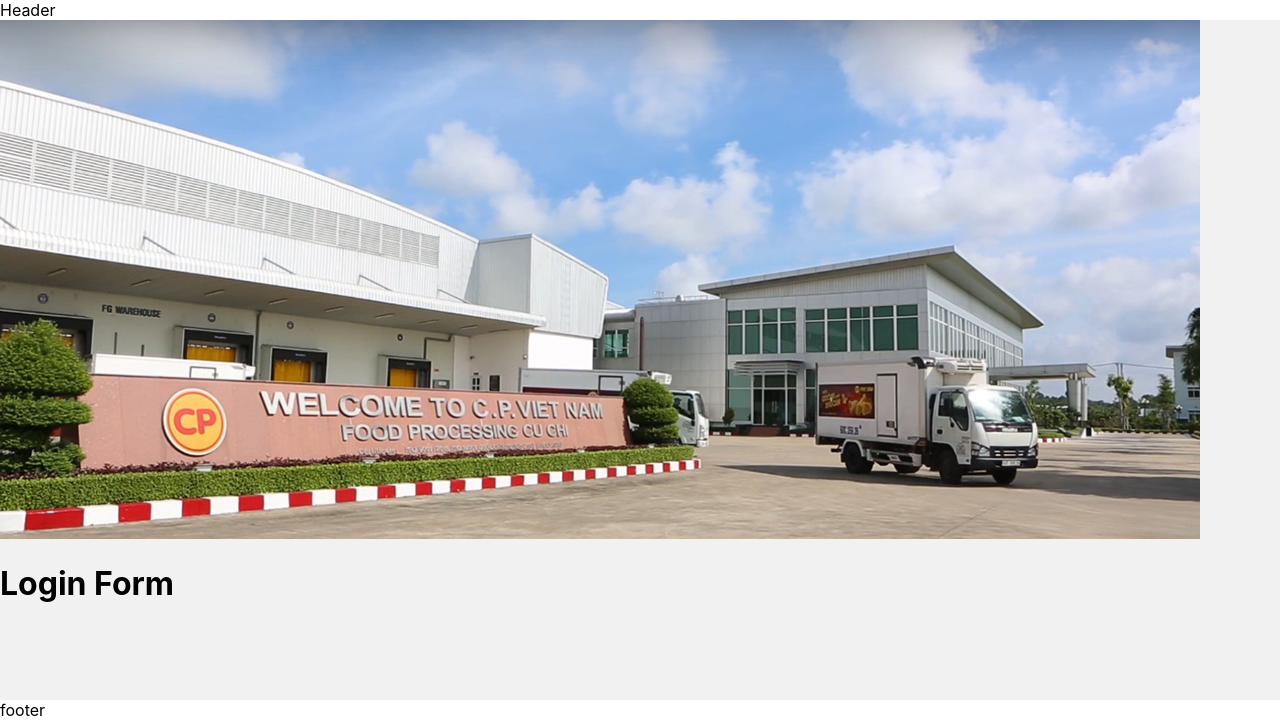
Repository: AxonsRDVN/monitor-environment
Page: /login (app in frontend/)
An editor plug-in stored every save of this project. The page is shown before and after the next save, followed by the edit.
The browser window is 1280 px wide. The pictures show the whole page.
The project was rebuilt for these pictures with package versions that can differ from the ones it lists, and the page was loaded fresh each time. Also part of the build but not shown: frontend/src/App.css.

Above is the page before, as saved 2025-04-22 19:18:33.

### frontend/public/index.html
<!DOCTYPE html>
<html lang="en">
  <head>
    <meta charset="utf-8" />
    <link rel="icon" href="%PUBLIC_URL%/logo.ico" />
    <meta name="viewport" content="width=device-width, initial-scale=1" />
    <meta name="theme-color" content="#000000" />
    <meta
      name="description"
      content="Web site created using create-react-app"
    />
    <link rel="apple-touch-icon" href="%PUBLIC_URL%/logo192.png" />
    <!--
      manifest.json provides metadata used when your web app is installed on a
      user's mobile device or desktop. See https://developers.google.com/web/fundamentals/web-app-manifest/
    -->
    <link rel="manifest" href="%PUBLIC_URL%/manifest.json" />
    <!--
      Notice the use of %PUBLIC_URL% in the tags above.
      It will be replaced with the URL of the `public` folder during the build.
      Only files inside the `public` folder can be referenced from the HTML.

      Unlike "/favicon.ico" or "favicon.ico", "%PUBLIC_URL%/favicon.ico" will
      work correctly both with client-side routing and a non-root public URL.
      Learn how to configure a non-root public URL by running `npm run build`.
    -->
    <title>Axons - MEI</title>
  </head>
  <body>
    <noscript>You need to enable JavaScript to run this app.</noscript>
    <div id="root"></div>
    <!--
      This HTML file is a template.
      If you open it directly in the browser, you will see an empty page.

      You can add webfonts, meta tags, or analytics to this file.
      The build step will place the bundled scripts into the <body> tag.

      To begin the development, run `npm start` or `yarn start`.
      To create a production bundle, use `npm run build` or `yarn build`.
    -->
  </body>
</html>

### frontend/src/App.jsx
import "./App.css";
import { BrowserRouter, Routes, Route } from "react-router-dom";
import { ROUTE_PATH } from "./config/router.config";
import { Login } from "./page";

function App() {
  return (
    <BrowserRouter>
      <Routes>
        <Route path={ROUTE_PATH.LOGIN} element={<Login />} />
      </Routes>
    </BrowserRouter>
  );
}

export default App;

### frontend/src/config/router.config.js
export const ROUTE_PATH = {
  HOME: "/home",
  SETTING_WARNING_THRESHOLD: "/settings/warning-threshold",
  SETTING_CLEANING_DAY: "/settings/cleaning-day",
  MONITORING_STATION: "/monitoring-station",
  DEVICE_MANAGEMENT: "/device-management",
  MAINTENANCE_APPROVAL: "/maintenance-approval",
  REPORT_DEVICE_STATUS: "/report/device-status",
  REPORT_WARNING_INDICATOR: "/report/warning-indicator",
  USER_MANAGEMENT: "/user-management",
  LOGIN: "/login",
  NOT_FOUND: "*",
};

### frontend/src/page/index.js
export { default as Login } from "./LoginPage/LoginPage.jsx";

### frontend/src/page/LoginPage/LoginPage.jsx
import { createTheme, ThemeProvider } from "@mui/material/styles";
import { Box } from "@mui/material";
import { Header, LoginForm, Footer } from "../../components";
import loginBackgroundImg from "../../assets/CPBackGround.jpg";

const Login = () => {
  return (
    <ThemeProvider theme={createTheme()}>
      <Box
        sx={{
          display: "flex",
          flexDirection: "column",
          height: "100vh",
          overflow: "hidden",
        }}
      >
        <Header isAuthen={false} />
        <Box sx={{ display: "flex", flexDirection: "row", flexGrow: 1 }}>
          <Box
            component="main"
            sx={{ backgroundColor: "#f1f1f1", flexGrow: 1 }}
          >
            <img
              className="login-background-image"
              src={loginBackgroundImg}
              alt="Background_Image"
            />
            <LoginForm />
          </Box>
        </Box>
        <Footer />
      </Box>
    </ThemeProvider>
  );
};

export default Login;

### frontend/src/components/index.js
export { default as LoginForm } from "./LoginForm/LoginForm.jsx";
export { default as Footer } from "./Footer/Footer.jsx";
export { default as Header } from "./Header/Header.jsx";

### frontend/src/components/LoginForm/LoginForm.jsx
// import Modal from "react-bootstrap/Modal";
// import TextField from "@mui/material/TextField";
// import Checkbox from "@mui/material/Checkbox";
// import Button from "@mui/material/Button";
// import ReactCountryFlag from "react-country-flag";
// import i18n from "i18next";
// import { useTranslation } from "react-i18next";
// import { useState } from "react";
// import { useNavigate } from "react-router-dom";
// import { ROUTE_PATH } from "../../config/router.config.js";
// import {
//   FormControl,
//   IconButton,
//   InputAdornment,
//   InputLabel,
//   OutlinedInput,
// } from "@mui/material";
// import { Visibility, VisibilityOff } from "@mui/icons-material";
// import { LANGUAGE_TYPE } from "../../i18n/type";
// import logo from "../../assets/CPBackGround.jpg";
// import { toast } from "react-toastify";
// import { initToast } from "../../utils/helper";
// import { ToastId } from "../../config/app.config";
// import "./LoginForm.css";
// // import API from "../../api/api.js";

// const LoginForm = () => {
//   // const [email, setEmail] = useState("");
//   const [username, setUsername] = useState("");
//   const [password, setPassword] = useState("");
//   const [showPassword, setShowPassword] = useState(false);
//   const [showWarningEmail, setShowWarningEmail] = useState(false);
//   const [showWarningPassword, setShowWarningPassword] = useState(false);
//   const [fullscreen, setFullSreen] = useState(
//     window.innerWidth > 600 ? undefined : true
//   );
//   const navigate = useNavigate();

//   const handleClickShowPassword = () => setShowPassword((show) => !show);

//   const handleMouseDownPassword = (event) => {
//     event.preventDefault();
//   };

//   const { t } = useTranslation("translation");

//   const handlePressEnter = (event) => {
//     if (event.code === "Enter") {
//       handleLoginBtn();
//     }
//   };

//   const handleChangeUsername = (e) => {
//     setUsername(e.target.value);
//     if (e.target.value) {
//       setShowWarningEmail(false);
//     }
//   };

//   const handleChangePassword = (e) => {
//     setPassword(e.target.value);
//     if (e.target.value) {
//       setShowWarningPassword(false);
//     }
//   };

//   const handleLoginBtn = async (e) => {
//     initToast(ToastId.Login);

//     if (!username) {
//       setShowWarningEmail(true);
//       return;
//     }

//     if (!password) {
//       setShowWarningPassword(true);
//       return;
//     }

//     try {
//     } catch (error) {
//       console.error("Lỗi đăng nhập:", error);

//       if (error.response) {
//         // Kiểm tra mã lỗi từ API
//         if (error.response.status === 400 || error.response.status === 401) {
//           toast.update(ToastId.Login, {
//             render: t("toast_login_wrong_info"),
//             type: "error",
//             isLoading: false,
//             autoClose: 3000,
//           });
//         } else if (error.response.status >= 500) {
//           toast.update(ToastId.Login, {
//             render: t("toast_login_server_error"),
//             type: "error",
//             isLoading: false,
//             autoClose: 3000,
//           });
//         } else {
//           toast.update(ToastId.Login, {
//             render: error.response.data?.message || t("toast_login_fail"),
//             type: "error",
//             isLoading: false,
//             autoClose: 3000,
//           });
//         }
//       } else {
//         // Trường hợp không có response từ server (mạng lỗi, API không phản hồi)
//         toast.update(ToastId.Login, {
//           render: t("toast_login_cannot_connect"),
//           type: "error",
//           isLoading: false,
//           autoClose: 3000,
//         });
//       }
//     }
//   };

//   const handleChangeLanguage = (lang) => {
//     i18n.changeLanguage(lang);
//   };

//   window.addEventListener("resize", () => {
//     setFullSreen(window.innerWidth > 600 ? undefined : true);
//   });

//   return (
//     <div>
//       <Modal show={true} centered fullscreen={fullscreen}>
//         <Modal.Body as="div">
//           <div className="login-form-container">
//             <div className="d-flex flex-column align-items-center">
//               <img src={logo} alt="logo" className="login-form-logo-img" />
//               <div className="login-form-logo-img-content">IT CPV</div>
//               <div className="login-form-title-2">{t("header_title")}</div>
//             </div>
//             <div className="d-flex flex-row">
//               <div className="login-form-title">{t("login_title")}</div>
//               <div className="login-form-flag-item">
//                 <div className="d-flex flex-row-reverse align-items-center">
//                   <IconButton
//                     size="small"
//                     className={
//                       i18n.language === LANGUAGE_TYPE.ENGLISH
//                         ? "header-lang-btn-choosed"
//                         : ""
//                     }
//                     onClick={() => handleChangeLanguage(LANGUAGE_TYPE.ENGLISH)}
//                   >
//                     <ReactCountryFlag
//                       countryCode="US"
//                       svg
//                       className="header-container-2-sub-2-flag"
//                     />
//                   </IconButton>
//                   <IconButton
//                     size="small"
//                     sx={{ marginRight: "5px" }}
//                     className={
//                       i18n.language === LANGUAGE_TYPE.VIETNAMESE
//                         ? "header-lang-btn-choosed"
//                         : ""
//                     }
//                     onClick={() =>
//                       handleChangeLanguage(LANGUAGE_TYPE.VIETNAMESE)
//                     }
//                   >
//                     <ReactCountryFlag
//                       countryCode="VN"
//                       svg
//                       className="header-container-2-sub-2-flag"
//                     />
//                   </IconButton>
//                 </div>
//               </div>
//             </div>
//             <div className="mb-4">
//               <TextField
//                 variant="outlined"
//                 fullWidth
//                 sx={{ fontFamily: "IBM Plex Sans" }}
//                 label={t("login_email")}
//                 focused
//                 placeholder={t("login_email_placehoder")}
//                 value={username}
//                 onChange={handleChangeUsername}
//                 onKeyDown={handlePressEnter}
//               />
//               {showWarningEmail && (
//                 <div className="login-form-text-field-warning">
//                   {t("login_email_warning")}
//                 </div>
//               )}
//             </div>
//             <div className="mb-2">
//               <FormControl variant="outlined" fullWidth focused>
//                 <InputLabel htmlFor="outlined-adornment-password">
//                   {t("login_password")}
//                 </InputLabel>
//                 <OutlinedInput
//                   type={showPassword ? "text" : "password"}
//                   endAdornment={
//                     <InputAdornment position="end">
//                       <IconButton
//                         aria-label="toggle password visibility"
//                         onClick={handleClickShowPassword}
//                         onMouseDown={handleMouseDownPassword}
//                         edge="end"
//                       >
//                         {showPassword ? <VisibilityOff /> : <Visibility />}
//                       </IconButton>
//                     </InputAdornment>
//                   }
//                   label={t("login_password")}
//                   sx={{ fontFamily: "IBM Plex Sans" }}
//                   placeholder={t("login_password_placehoder")}
//                   value={password}
//                   onChange={handleChangePassword}
//                   onKeyDown={handlePressEnter}
//                 />
//               </FormControl>
//               {showWarningPassword && (
//                 <div className="login-form-text-field-warning">
//                   {t("login_password_warning")}
//                 </div>
//               )}
//             </div>
//             <div className="d-flex flex-row align-items-center">
//               <Checkbox defaultChecked={false} />
//               <div>{t("login_reset_password")}</div>
//             </div>
//             <Button
//               variant="contained"
//               fullWidth
//               className="login-form-login-btn"
//               onClick={handleLoginBtn}
//             >
//               {t("login_title")}
//             </Button>
//             <div className="login-form-forgot-password-btn">
//               {t("login_forgot_password")}
//             </div>
//           </div>
//           <div className="login-form-padding-bottom"></div>
//         </Modal.Body>
//       </Modal>
//     </div>
//   );
// };

// export default LoginForm;

const LoginForm = () => {
  return (
    <div>
      <h1>Login Form</h1>
      {/* Add your login form elements here */}
    </div>
  );
};

export default LoginForm;

### frontend/src/components/Footer/Footer.jsx
import { useTranslation } from "react-i18next";

const Footer = () => {
  const { t } = useTranslation("translation");

  return (
    <div className="footer-container-0">
      <div className="footer-container-1">{t("footer")}</div>
    </div>
  );
};

export default Footer;

### frontend/src/components/Header/Header.jsx
import { useTranslation } from "react-i18next";

const Header = () => {
  const { t } = useTranslation("translation");

  return (
    <div className="Header-container-0">
      <div className="Header-container-1">{t("Header")}</div>
    </div>
  );
};

export default Header;

Loaded but not shown: frontend/src/index.js (common file); frontend/src/index.css (common file); frontend/src/reportWebVitals.js (common file)

After the next save:
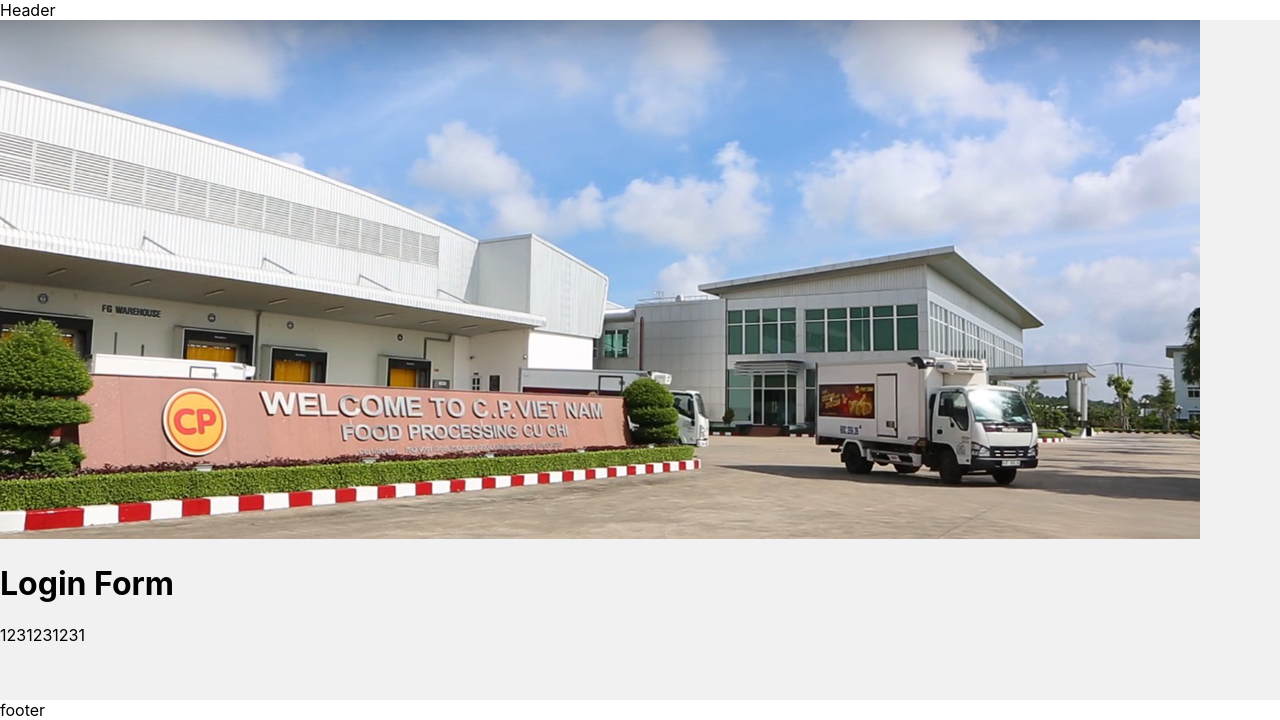
Saved 28 s later.
--- a/frontend/src/components/LoginForm/LoginForm.jsx
+++ b/frontend/src/components/LoginForm/LoginForm.jsx
@@ -255,6 +255,7 @@
   return (
     <div>
       <h1>Login Form</h1>
+      1231231231
       {/* Add your login form elements here */}
     </div>
   );
